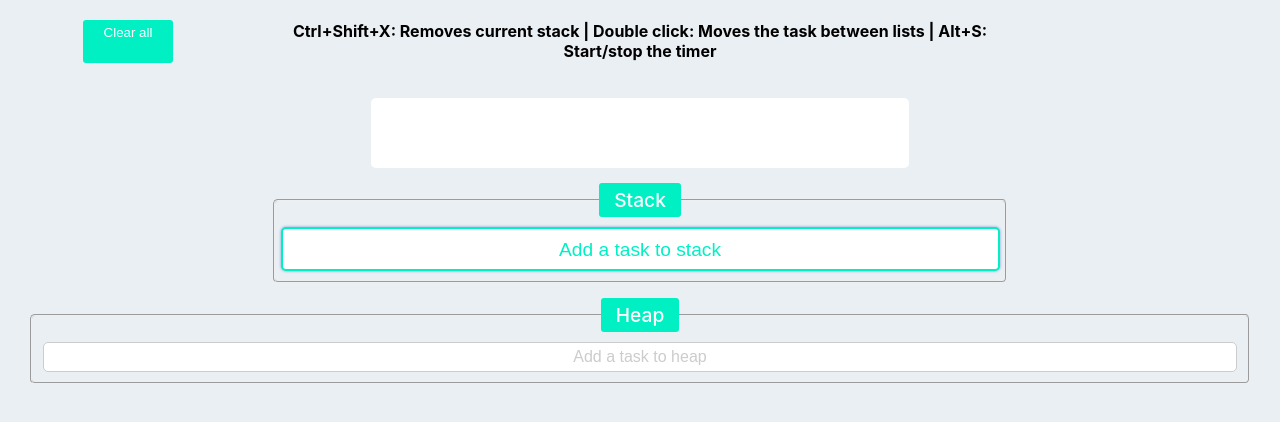
Repository: litalsh/meeting_v1
Page: /
These files come from the project's save history. The page is drawn as it stood at one moment and after the next save; the edit follows.
The browser window is 1280 px wide. The pictures show the whole page.
The project was rebuilt for these pictures with package versions that can differ from the ones it lists, and the page was loaded fresh each time. Also part of the build but not shown: src/Task.js.

Above is the page before, as saved 2020-12-13 19:18:41.

After the next save:
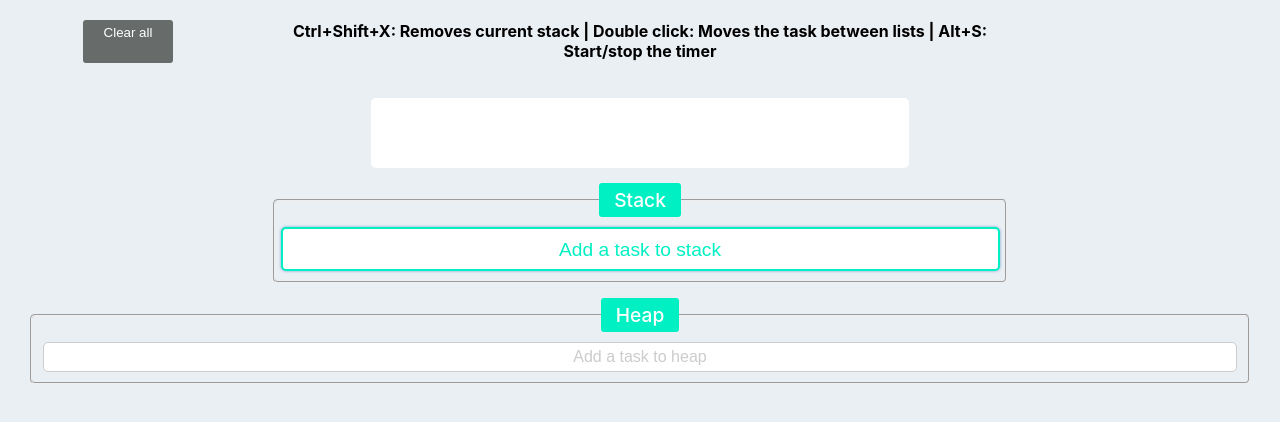
Saved 57 s later.
--- a/src/App.css
+++ b/src/App.css
@@ -159,7 +159,7 @@ li {
   margin: 20px auto;
   justify-content: center;
   border: none;
-  background-color: #00f0c4;
+  background-color: #676b6a;
   padding: 5px 15px;
   color: #fff;
   border-radius: 3px;
